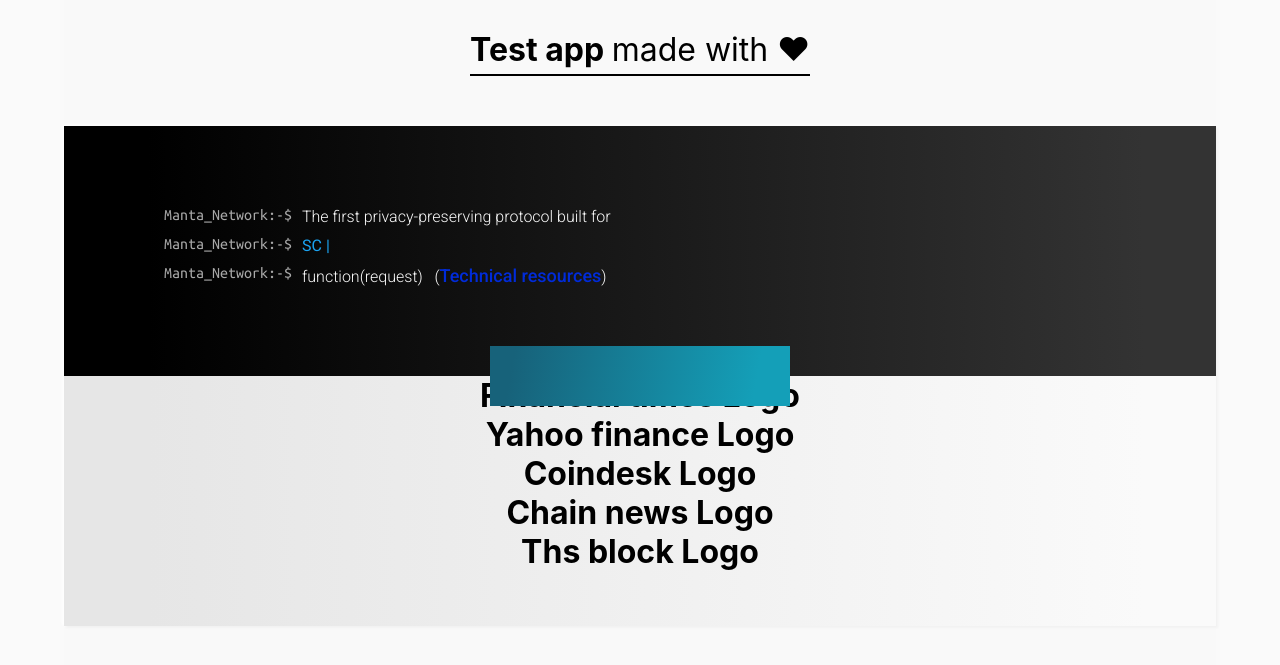
Repository: Khattak01/test-app
Page: /
These files come from the project's save history. The page is drawn as it stood at one moment and after the next save; the edit follows.
The browser window is 1280 px wide. The pictures show the whole page.
The project was rebuilt for these pictures with package versions that can differ from the ones it lists, and the page was loaded fresh each time.

Above is the page before, as saved 2021-05-12 08:31:07.

### public/index.html
<!DOCTYPE html>
<html lang="en">
  <head>
    <meta charset="utf-8" />
    <link rel="icon" href="%PUBLIC_URL%/favicon.ico" />
    <meta name="viewport" content="width=device-width, initial-scale=1" />
    <meta name="theme-color" content="#000000" />
    <meta
      name="description"
      content="Web site created using create-react-app"
    />
    <link rel="apple-touch-icon" href="%PUBLIC_URL%/logo192.png" />
    <!--
      manifest.json provides metadata used when your web app is installed on a
      user's mobile device or desktop. See https://developers.google.com/web/fundamentals/web-app-manifest/
    -->
    <link rel="manifest" href="%PUBLIC_URL%/manifest.json" />
    <!--
      Notice the use of %PUBLIC_URL% in the tags above.
      It will be replaced with the URL of the `public` folder during the build.
      Only files inside the `public` folder can be referenced from the HTML.

      Unlike "/favicon.ico" or "favicon.ico", "%PUBLIC_URL%/favicon.ico" will
      work correctly both with client-side routing and a non-root public URL.
      Learn how to configure a non-root public URL by running `npm run build`.
    -->
    <title>Test App</title>
  </head>
  <body>
    <noscript>You need to enable JavaScript to run this app.</noscript>
    <div id="root"></div>
    <!--
      This HTML file is a template.
      If you open it directly in the browser, you will see an empty page.

      You can add webfonts, meta tags, or analytics to this file.
      The build step will place the bundled scripts into the <body> tag.

      To begin the development, run `npm start` or `yarn start`.
      To create a production bundle, use `npm run build` or `yarn build`.
    -->
  </body>
</html>

### src/index.js
import React from 'react';
import ReactDOM from 'react-dom';
import './index.css';
import App from '../src/components/app/App';

ReactDOM.render(
  <React.StrictMode>
      <App />
  </React.StrictMode>,
  document.getElementById('root')
);

### src/index.css
*{
  margin: 0;
  padding: 0;
  box-sizing: border-box;
}
body {
  margin: 0;
  font-family: -apple-system, BlinkMacSystemFont, 'Segoe UI', 'Roboto', 'Oxygen',
    'Ubuntu', 'Cantarell', 'Fira Sans', 'Droid Sans', 'Helvetica Neue',
    sans-serif;
  -webkit-font-smoothing: antialiased;
  -moz-osx-font-smoothing: grayscale;
}

code {
  font-family: source-code-pro, Menlo, Monaco, Consolas, 'Courier New',
    monospace;
}

.container{
  width:90%;
  margin:auto auto;
  background-color: #f9f9f9;
  padding: 10px;
}

### src/components/app/App.js
import React from 'react'
import './App.css'
import Banner from '../banner/Banner'

const App = () => {
    return (
        <div className="app container">
            <h1>Test app <span style={{fontWeight:'lighter'}}> made with </span> &#10084;</h1>
            <Banner />
        </div>
    )
}

export default App

### src/components/app/App.css
@import url("https://fonts.googleapis.com/css2?family=Ubuntu+Mono:ital,wght@0,400;0,700;1,400&display=swap");
@import url("https://fonts.googleapis.com/css2?family=Roboto:ital,wght@0,300;0,400;0,500;0,700;1,300;1,400;1,500;1,700&display=swap");

body {
  background-color: #fafafa;
}
.app {
  padding: 30px 0;
  min-height: 100vh;
  text-align: center;
}
.app > h1 {
  display: inline-block;

  text-align: center;
  width: max-content;
  padding-bottom: 5px;
  border-bottom: 2px solid black;
  margin-bottom: 50px;
}

:root {
  --color-primary: linear-gradient(
    100.28537797494744deg,
    rgba(23, 98, 122, 1) 6.8671875%,
    rgba(23, 98, 122, 1) 8.216145833333332%,
    rgba(20, 159, 184, 1) 87.80468749999999%
  );

  --color-dark: linear-gradient(
    89.76211853375082deg,
    rgba(0, 0, 0, 1) 5.893229166666666%,
    rgba(0, 0, 0, 1) 7.356770833333332%,
    rgba(51, 51, 51, 1) 93.70572916666666%
  );

  --color-light: linear-gradient(
    89.76211853375082deg,
    rgba(230, 230, 230, 1) 5.893229166666666%,
    rgba(230, 230, 230, 1) 7.356770833333332%,
    rgba(250, 250, 250, 1) 93.70572916666666%
  );

  --font-heading: "Ubuntu Mono", monospace;
  --font-generic: "Roboto", sans-serif;
}

.heading{
  font-family:var(--font-heading);
  color: #a8a8a8;
  font-weight:500;
}
.text{
  font-family: var(--font-generic);
  color: #fafafa;
  font-weight:300;
}

### src/components/banner/Banner.js
import React from 'react'
import classes from './Banner.module.css'

import Box from '../../UI/box/Box'

const Banner = () => {

    return (
        <Box className={classes.banner}>
            {/* <h1>Test App</h1>
            <button className={classes.banner__btn}>Button</button> */}
            <div className={classes.banner__top}>
                <div className={classes.text_box}>
                    <h4 className="heading">Manta_Network:-$</h4>
                    <p className='text'>The first privacy-preserving protocol built for</p>
                </div>
                <div className={classes.text_box}>
                    <h4 className="heading">Manta_Network:-$</h4>
                    <p style={{ color: '#1ba4f3' }}>SC |</p>
                </div>
                <div className={classes.text_box}>
                    <h4 className="heading">Manta_Network:-$</h4>
                    <p className='text'>function(request) &nbsp;&nbsp;(<span style={{ color: '#002bd9', fontSize: '18px', fontWeight: 500 }}>Technical resources</span>)</p>
                </div>
            </div>
            <div className={classes.banner__center}></div>
            <div className={classes.banner__bottom}>
                <div><h1>Financial times Logo</h1></div>
                <div><h1>Yahoo finance Logo</h1></div>
                <div><h1>Coindesk Logo</h1></div>
                <div><h1>Chain news Logo</h1></div>
                <div><h1>Ths block Logo</h1></div>
            </div>
        </Box>
    )
}

export default Banner

### src/components/banner/Banner.module.css
.banner {
  width: 100%;
  max-width: 80rem;
  /* border: 1px solid black; */
  margin: auto auto;
  /* padding: 20px; */
  position: relative;
}

.banner__top,.banner__bottom{
  min-height: 250px;
  width: 100%;
  background-color: red;
}
.text_box{
  display: flex;
  margin-bottom: 10px;
}

.text_box p{
  margin-left: 10px;
  font-family: var(--font-generic);
}
.banner__top{
  background-image: var(--color-dark);
  position: relative;

  display: flex;
  justify-content: center;
  flex-direction: column;
  padding-left: 100px;

}
.banner__center{
  position: absolute;
  top: 50%;
  left: 50%;
  transform: translate(-50%,-50%);

  background-image: var(--color-primary);
  width: 300px;
  height:60px
}
.banner__bottom{
  background-image: var(--color-light)
}



.banner__btn {
  margin: auto auto;
  width: 300px !important;
  display: flex;
  justify-content: center;
  align-items: center;
  /* background:#1AAB8A; */

  background-image: var(--color-primary);

  color: #fff;
  border: none;
  position: relative;
  height: 60px;
  font-size: 18px;
  padding: 0 20px;
  cursor: pointer;
  transition: 800ms ease all;
  outline: none;
}
.banner__btn:hover {
  background: #fff;
  color: #1aab8a;
}
.banner__btn:before,
.banner__btn:after {
  content: "";
  position: absolute;
  top: 0;
  right: 0;
  height: 2px;
  width: 0;
  background: #1aab8a;
  transition: 400ms ease all;
}
.banner__btn:after {
  right: inherit;
  top: inherit;
  left: 0;
  bottom: 0;
}
.banner__btn:hover:before,
.banner__btn:hover:after {
  width: 100%;
  transition: 800ms ease all;
}

### src/UI/box/Box.js

import React from 'react'
import classes from './Box.module.css'

const Box = (props) => {
    return (
        <div onClick={props.onClick} className={[classes.box,props.className].join(' ')}>
            {props.children}
        </div>
    )
}

export default Box

### src/UI/box/Box.module.css
.box {
  background-color: #ffffff;
  transition: all 0.25s cubic-bezier(0.86, 1.26, 0.59, 1.03);
  /* min-height: 1rem; */
  /* padding: 1rem; */
  /* border-radius: 1rem; */
  box-shadow: 2px 2px 2px #f2f2f2, -2px -1px 3px #ffffff;
}
.box:hover {
  /* transform: translateZ(0) scale(1.05); */
  backface-visibility: hidden;
}

After the next save:
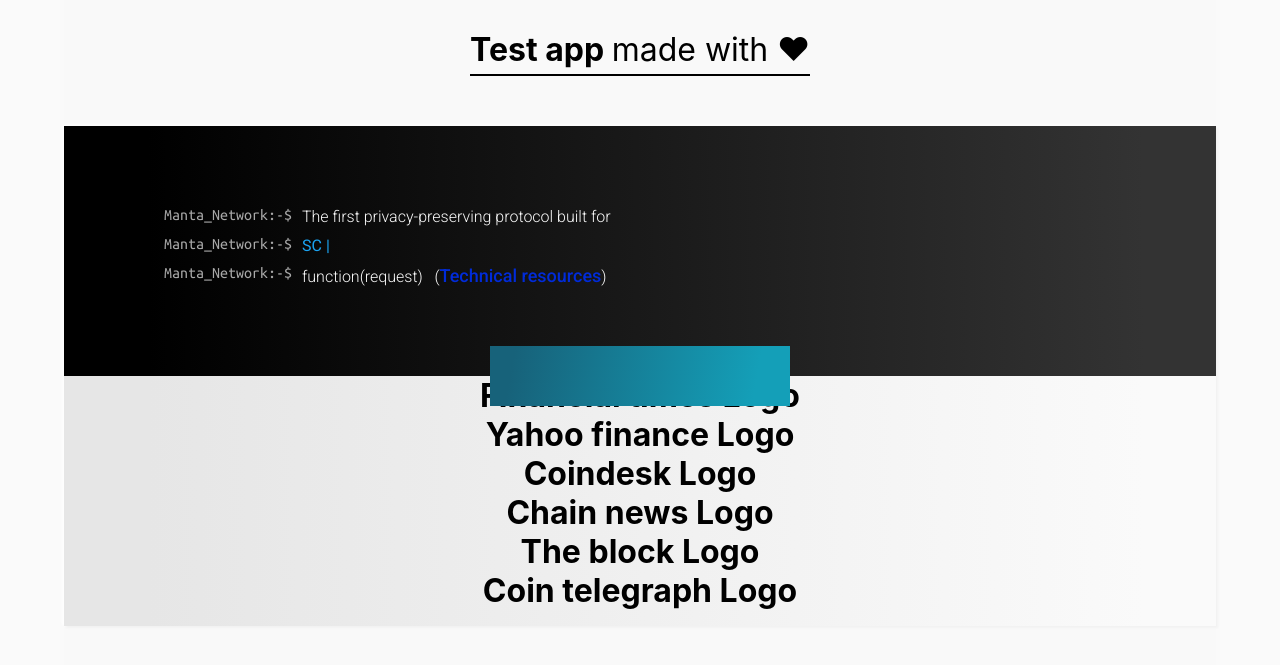
Saved 28 s later.
--- a/src/components/banner/Banner.js
+++ b/src/components/banner/Banner.js
@@ -29,7 +29,8 @@
                 <div><h1>Yahoo finance Logo</h1></div>
                 <div><h1>Coindesk Logo</h1></div>
                 <div><h1>Chain news Logo</h1></div>
-                <div><h1>Ths block Logo</h1></div>
+                <div><h1>The block Logo</h1></div>
+                <div><h1>Coin telegraph  Logo</h1></div>
             </div>
         </Box>
     )
